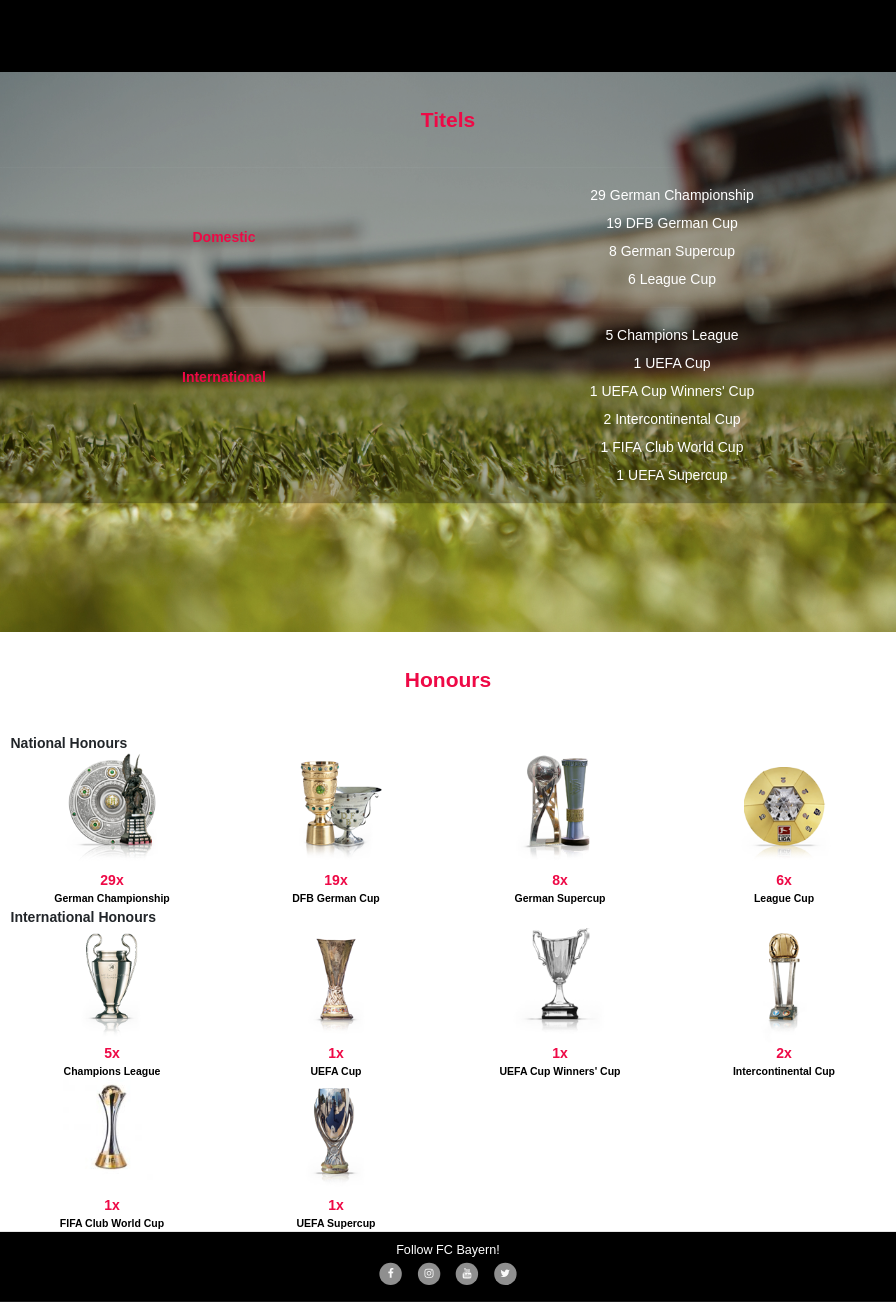
Repository: Code-Institute-Submissions/alnibo-milestone-project-1
Page: about.html
The author's editor kept a record of every edit. The page is drawn from the files as they stood at one moment, then again after the next edit.
The browser window is 1280 px wide. The pictures show the part of the page from y = 897 to 2817 px (the page is 2757 px tall before and 2817 px after), at 70% of full size.
Backgrounds fixed to the window are drawn as part of the page. Some web fonts or font styles are not loaded; a fallback is used.

Above is the page before.

After the next edit:
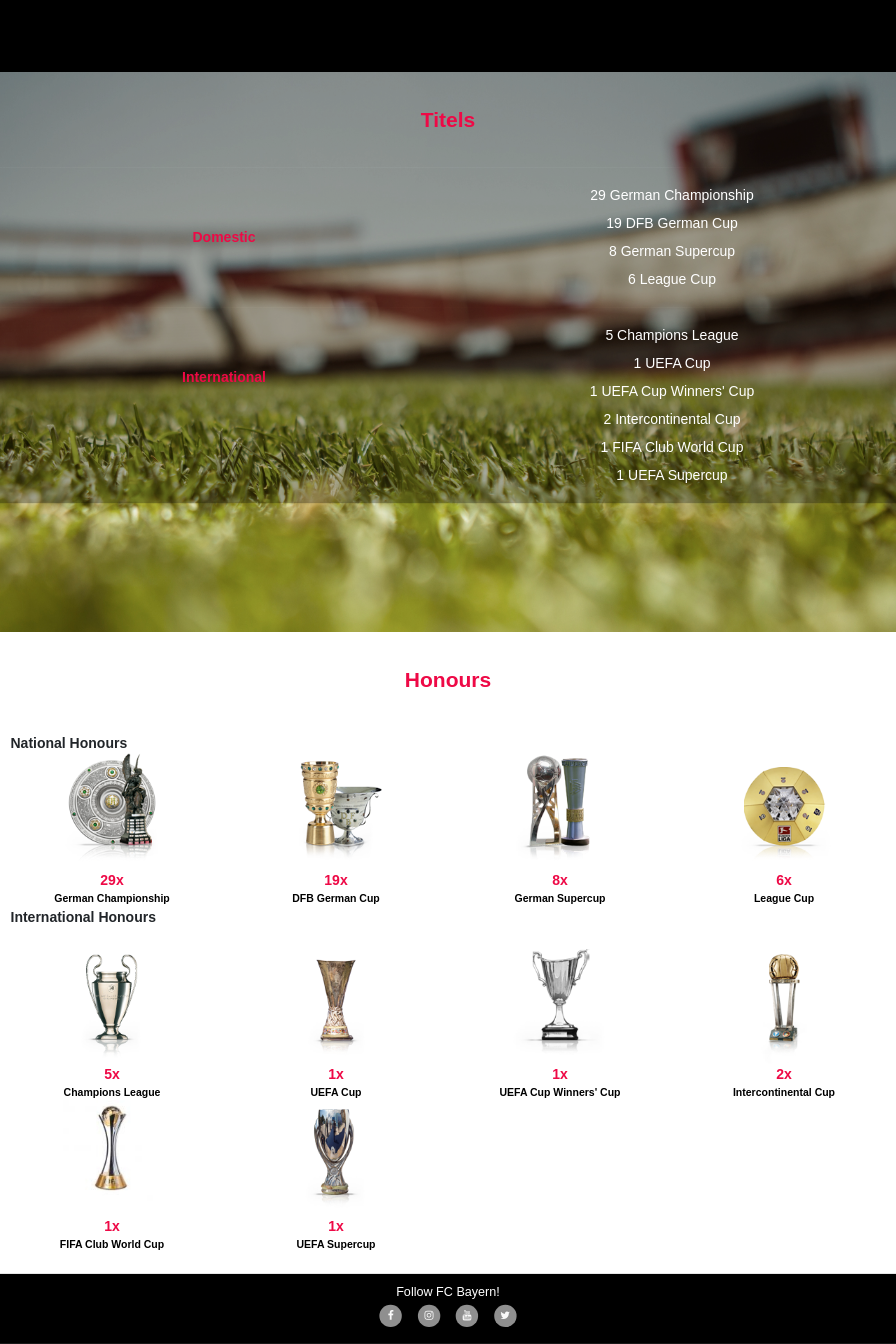
The edit:
--- a/about.html
+++ b/about.html
@@ -179,7 +179,7 @@
         International Honours
     </div>
 
-    <div class="container-fluid">
+    <div class="container-fluid container-honours">
         <div class="row">
             <div class="col-12 col-sm-6 col-md-4 col-lg-3">
                 <div class="row">
